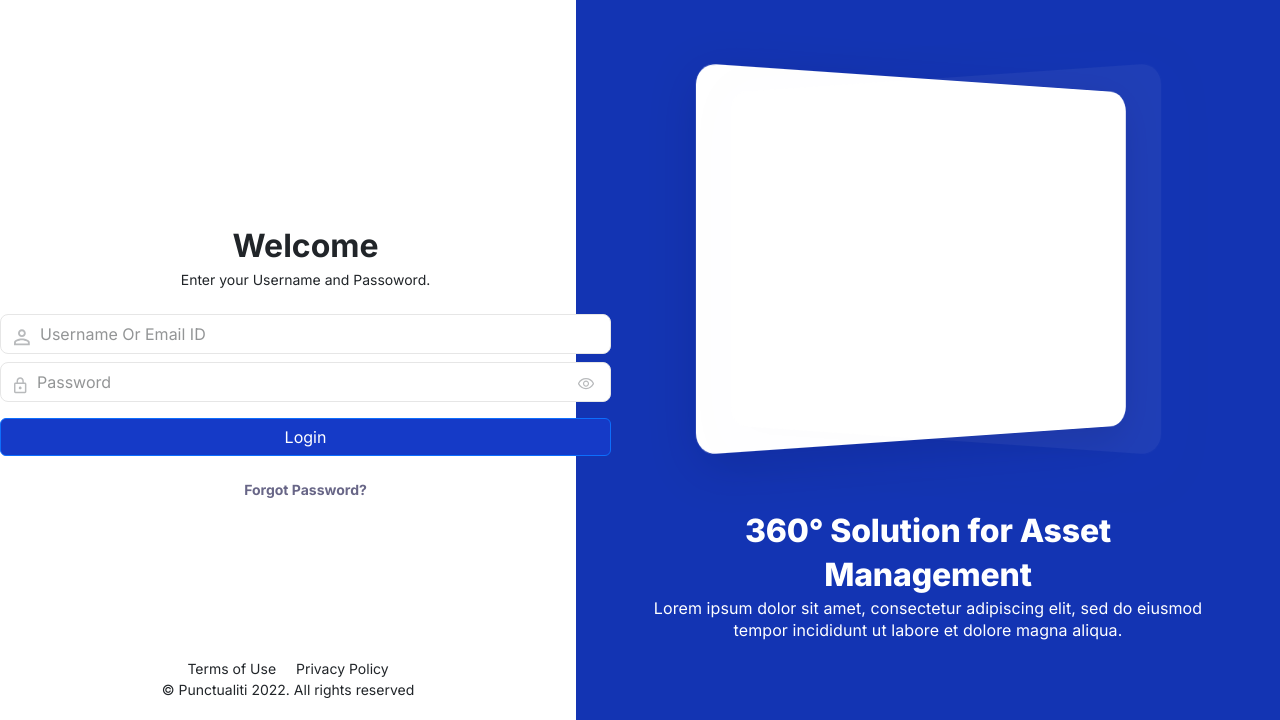
Repository: TauqeerHusain/Vouch-digital
Page: /
An editor plug-in stored every save of this project. The page is shown before and after the next save, followed by the edit.
The browser window is 1280 px wide. The pictures show the whole page.
The project was rebuilt for these pictures with package versions that can differ from the ones it lists, and the page was loaded fresh each time. Also part of the build but not shown: src/styles/Dashboard.css, src/Components/Dashboard/Aside.js, src/Components/Dashboard/Board.js, src/Components/Dashboard/index.js, src/styles/AddClintNav.css, src/Components/AddClint/AddClintNav.js, src/Components/CreateProfile/CrContent.js, src/Components/CreateProfile/index.js and 14 more.

Above is the page before, as saved 2023-03-15 15:25:46.

After the next save:
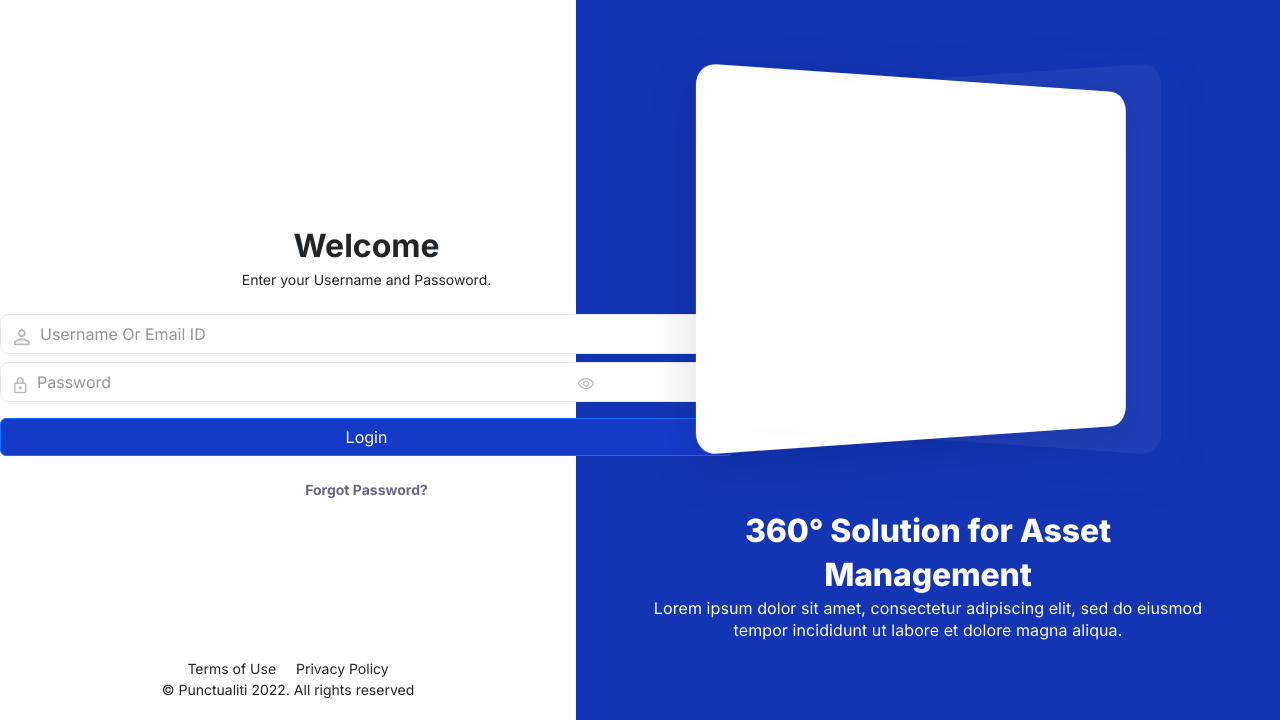
Saved 61 s later.
--- a/src/styles/LoginAct.css
+++ b/src/styles/LoginAct.css
@@ -78,6 +78,7 @@
 
 .input-control {
     width: 567px;
+    margin-right: 122px;
     position: relative;
 }
 
